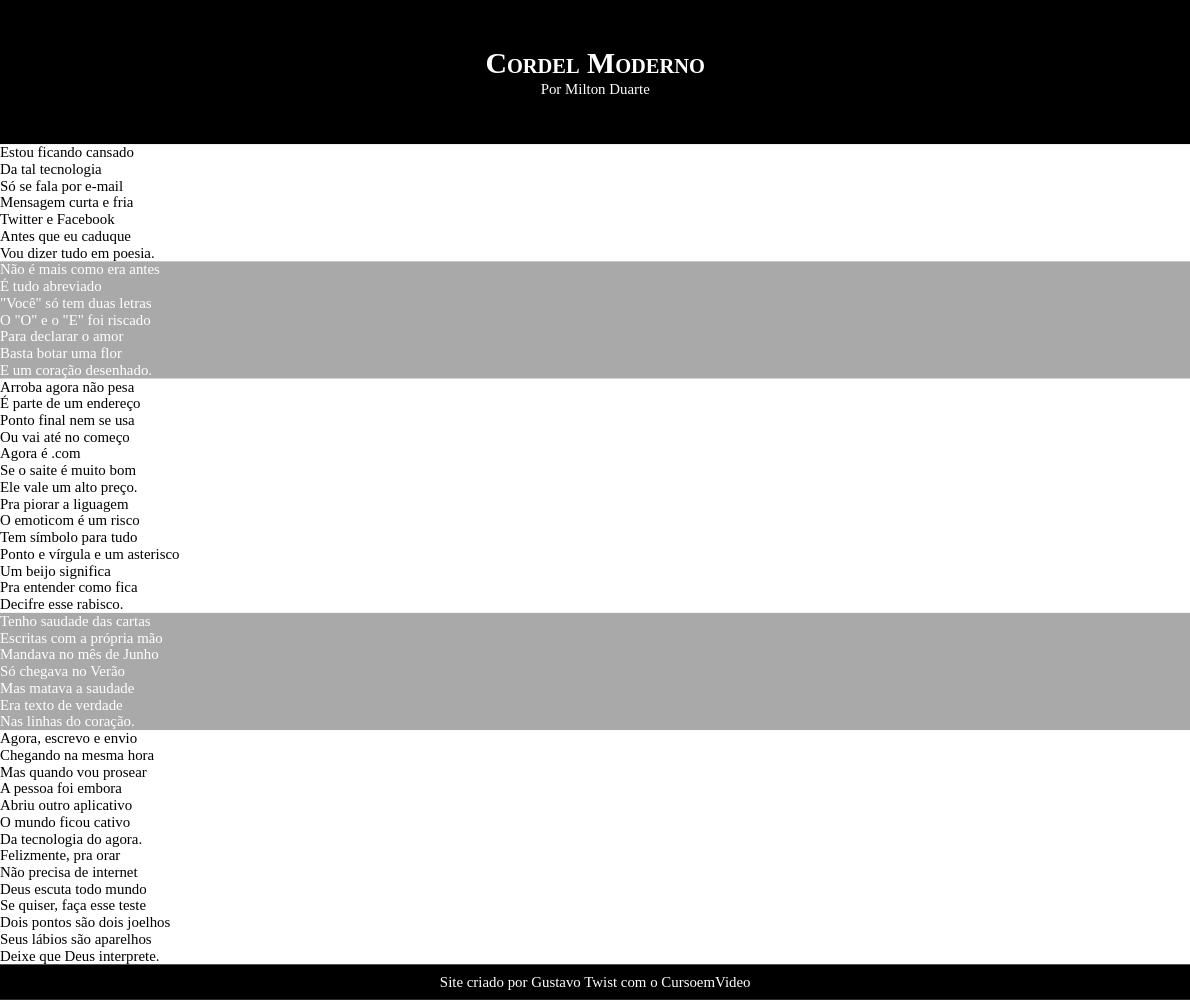
Repository: gustavotwist/projeto-cordel
Page: index.html
These files come from the project's save history. The page is drawn as it stood at one moment and after a run of saves; the edit follows.
The browser window is 1280 px wide. The pictures show the whole page, at 93% of full size.

Above is the page before, as saved 2024-04-19 13:55:49.

After the next 2 saves:
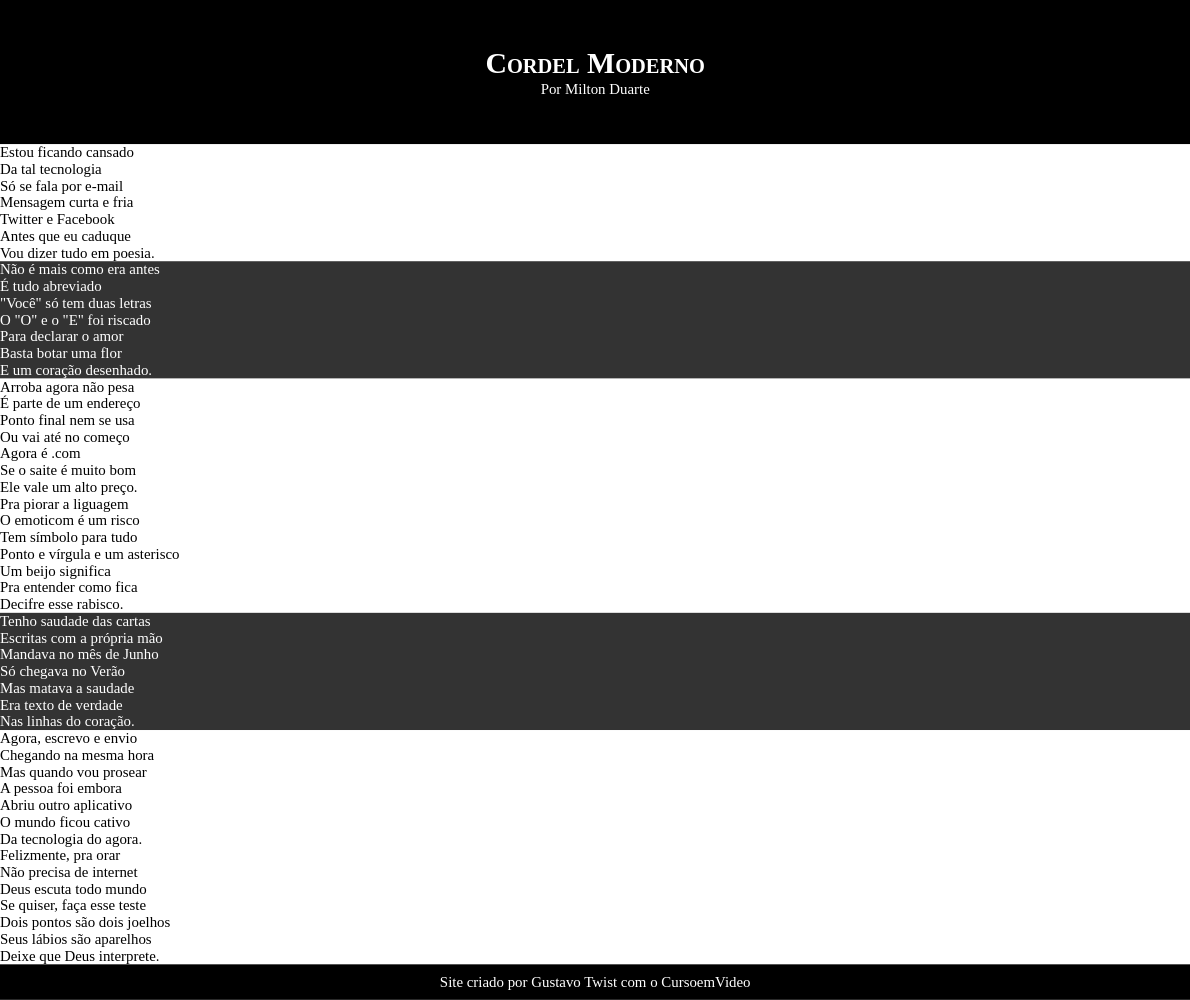
The 2 saves are shown as one change because they came seconds apart.
The last was saved 6 s later.
--- a/estilo/style.css
+++ b/estilo/style.css
@@ -40,7 +40,7 @@ section.normal {
 }
 
 section.imagem {
-    background-color: rgb(51,51,);
+    background-color: rgb(51, 51, 51);
     color: white;
 }
 
